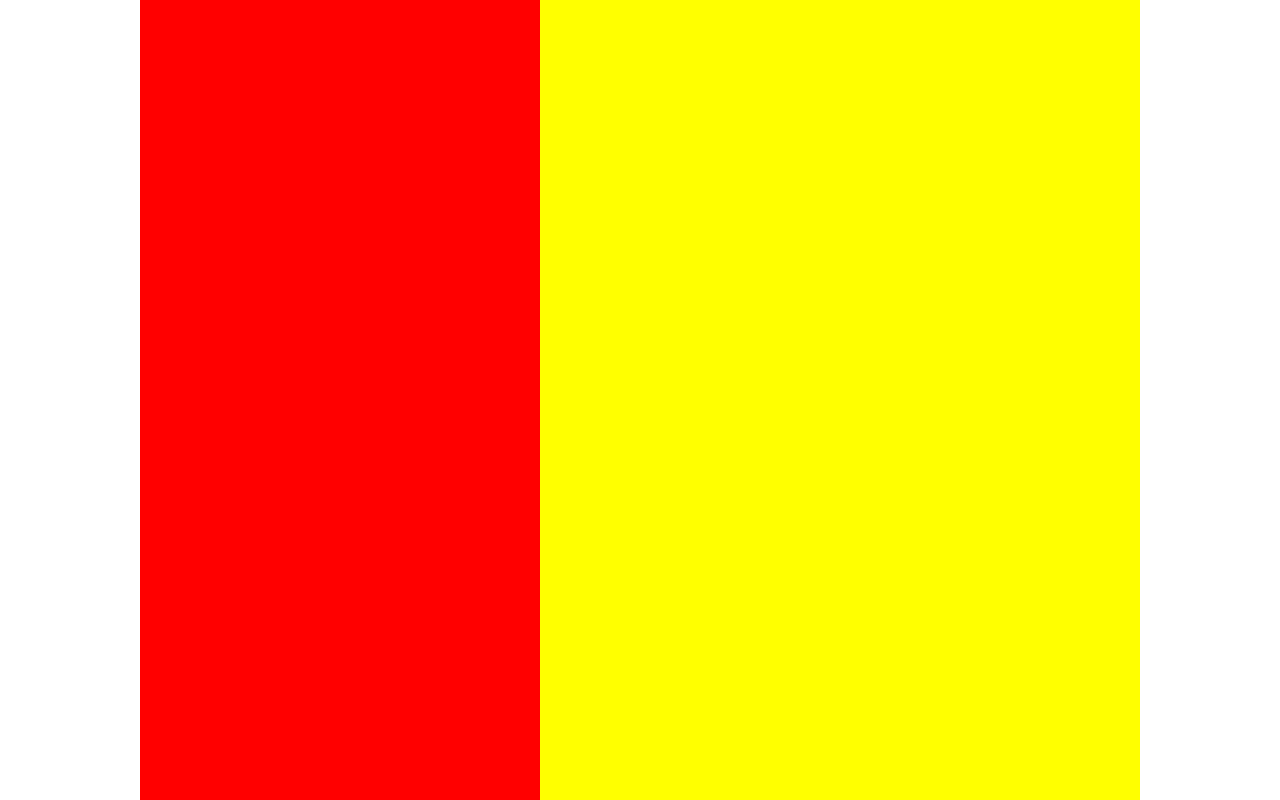
Repository: jinggegeZ/livechat
Page: /
The author's editor kept a copy of each file at every save. The page is drawn from the files as they stood at one save, then again after the next save.
The browser window is 1280 px wide. The pictures show the whole page.
The project was rebuilt for these pictures with package versions that can differ from the ones it lists, and the page was loaded fresh each time.

Above is the page before, as saved 2020-08-17 10:51:10.

### src/App.vue
<template>
  <div id="app">

    <router-view/>
  </div>
</template>

<style lang="scss">
*{
  margin: 0;
  padding: 0;
}
</style>

### src/views/Home.vue
<template>
 <div class="content">
    <div class="content-c">
      <div class="box">
        <div class="box1"></div>
        <div class="box2"></div>





      </div>
    </div>
 </div>
</template>

<script>
 export default {
   name: '',
   props: {
   },
   components: {

   },
   data () {
     return {

     }
   },
   methods: {

   },
   mounted() {

   },
   watch: {

   },
   computed: {

   }
 }
</script>

<style scoped lang='scss'>
.content {
  width: 100%;
  display: flex;
  justify-content: center;
}
.content-c {
  width: 95%;
  display: flex;
  justify-content: center;
  align-items: center;
}
.box {
  width: 1000px;
  height: 800px;
  background: white;
  display: flex;
}
.box1 {
  flex: 4;
  height: 100%;
  background:red;
}
.box2 {
  flex: 6;
  height: 100%;
  background: yellow;
}
</style>

Loaded but not shown: public/index.html (common file); src/main.js (common file); src/router/index.js (common file); src/store/index.js (common file)

After the next save:
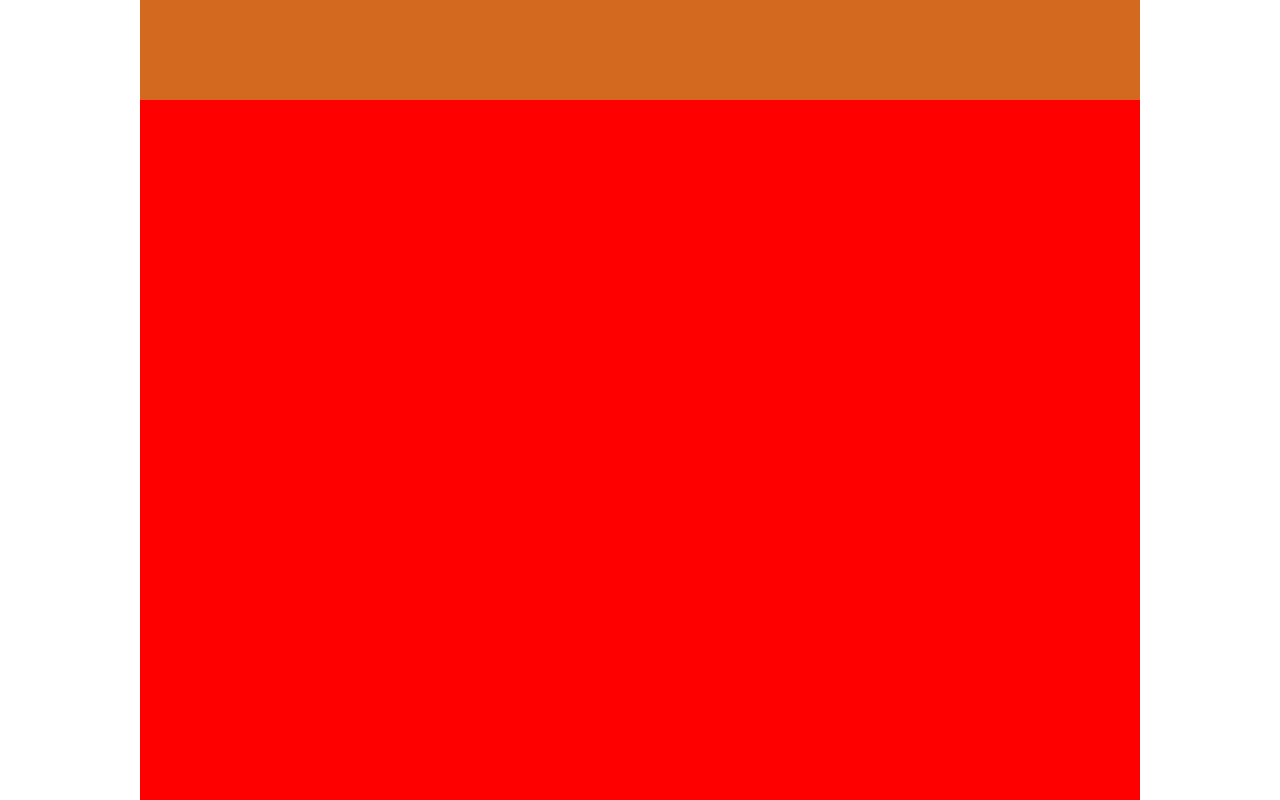
Saved 2 min 34 s later.
--- a/src/views/Home.vue
+++ b/src/views/Home.vue
@@ -3,12 +3,11 @@
     <div class="content-c">
       <div class="box">
         <div class="box1"></div>
-        <div class="box2"></div>
 
-
-
-
-
+        <div class="box2">
+          <div class="box2-1"></div>
+          <div class="box2-2"></div>
+        </div>
       </div>
     </div>
  </div>
@@ -59,6 +58,7 @@
   height: 800px;
   background: white;
   display: flex;
+  position: relative;
 }
 .box1 {
   flex: 4;
@@ -69,5 +69,12 @@
   flex: 6;
   height: 100%;
   background: yellow;
+
+}
+.box2 {
+  position: absolute;
+  width: 100%;
+  height: 100px;
+  background: chocolate;
 }
 </style>
